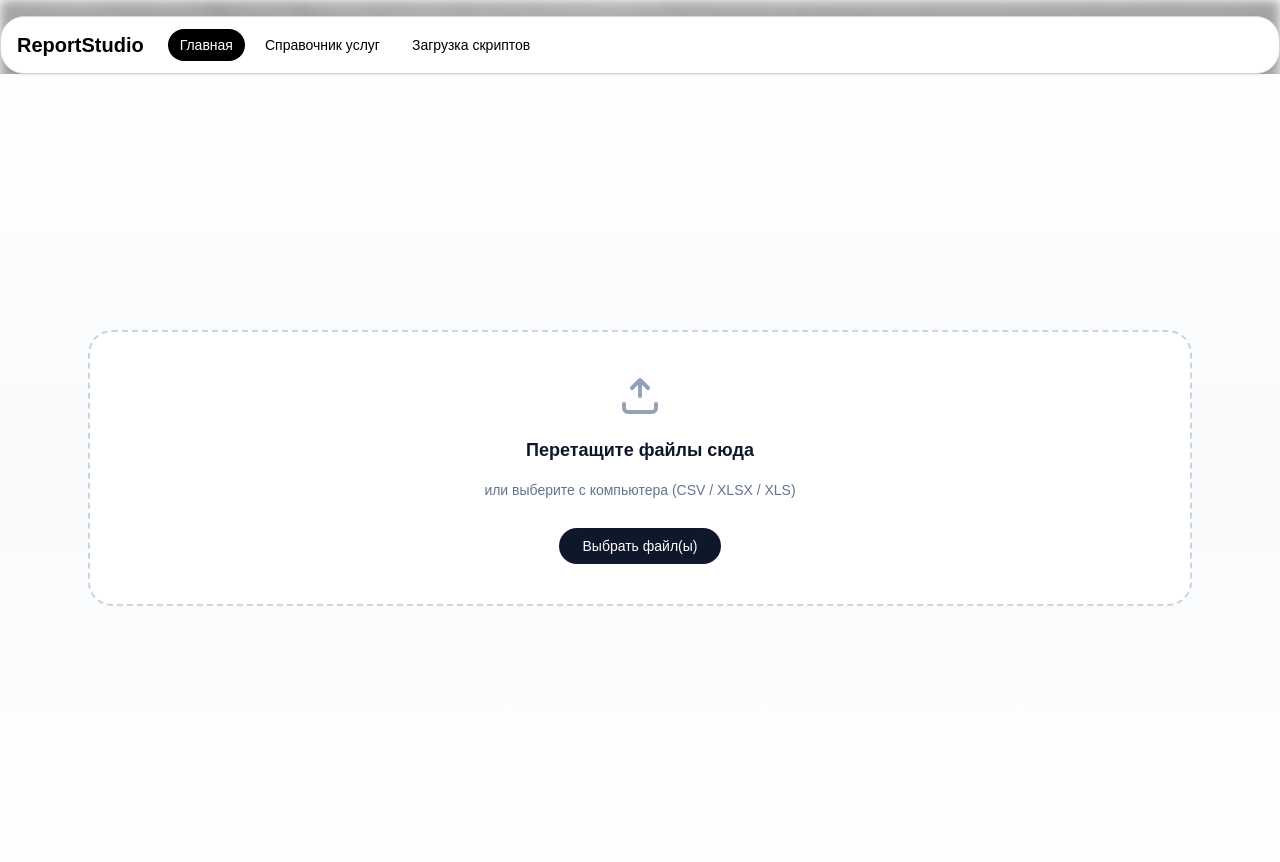
Repository: vladzap2423/report_studio_v2
Page: /
The author's editor kept a copy of each file at every save. The page is drawn from the files as they stood at one save, then again after the next save.
The browser window is 1280 px wide. The pictures show the whole page.
The project was rebuilt for these pictures with package versions that can differ from the ones it lists, and the page was loaded fresh each time. The framework's server and built-in components were replaced by stand-ins that run in the browser. Also part of the build but not shown: next.config.ts, src/app/components/ScriptsList.tsx.

Above is the page before, as saved 2026-03-16 16:38:18.

### src/app/layout.tsx
import type { Metadata } from "next";
import { Geist, Geist_Mono } from "next/font/google";
import "./globals.css";
import Header from "./components/Header";

const geistSans = Geist({
  variable: "--font-geist-sans",
  subsets: ["latin"],
});

const geistMono = Geist_Mono({
  variable: "--font-geist-mono",
  subsets: ["latin"],
});

export const metadata: Metadata = {
  title: "Create Next App",
  description: "Generated by create next app",
};

export default function RootLayout({
  children,
}: Readonly<{
  children: React.ReactNode;
}>) {
  return (
    <html lang="en">
      <body
        className={`${geistSans.variable} ${geistMono.variable} antialiased`}
      >
        <Header

          title="ReportStudio"
          links={[
            { label: "Главная", href: "/" },
            { label: "Справочник услуг", href: "/services" },
            { label:"Загрузка скриптов", href: "/load"}
          ]}
        />
        {children}
      </body>
    </html>
  );
}

### src/app/page.tsx
"use client";
import { useState } from "react";
import DropZone from "./components/DropZone";
import ScriptsList from "./components/ScriptsList";

export default function HomePage() {
  const [files, setFiles] = useState<File[]>([]);
  const [showDrop, setShowDrop] = useState(true);

  const handleFilesPicked = (picked: File[]) => {
    setFiles(picked);
    setShowDrop(false);
  };

  const resetFiles = () => {
    setFiles([]);
    setShowDrop(true);
  };

  return (
    <main className="min-h-screen bg-gradient-to-b from-white via-slate-50 to-white">
      <div className="mx-auto max-w-6xl px-6 py-14">
        {showDrop ? (
          <DropZone onFilesPicked={handleFilesPicked} />
        ) : (
          <>
            <button onClick={resetFiles} className="mb-6 rounded-2xl bg-slate-900 px-5 py-3 text-white">
              Загрузить новый файл
            </button>
            <ScriptsList files={files} />
          </>
        )}
      </div>
    </main>
  );
}

### src/app/globals.css
@import "tailwindcss";

:root {
  --background: #ffffff;
  --foreground: #171717;
  color-scheme: light;
}

@theme inline {
  --color-background: var(--background);
  --color-foreground: var(--foreground);
  --font-sans: var(--font-geist-sans);
  --font-mono: var(--font-geist-mono);
}

body {
  background: var(--background);
  color: var(--foreground);
  font-family: Arial, Helvetica, sans-serif;
  position: relative; /* важно для ::before */
  min-height: 100vh;
}

body::before {
  content: "";
  position: fixed;
  top: 0;
  left: 0;
  width: 100%;
  height: 100%;
  background-image: url("/fon.png");
  background-size: cover;
  background-position: center;
  background-repeat: no-repeat;
  filter: blur(6px) brightness(0.7);
  z-index: -1; /* чтобы контент был поверх фона */
}

### src/app/components/Header.tsx
"use client";

import React from "react";
import Link from "next/link";
import { usePathname } from "next/navigation";

type HeaderProps = {
  title?: string;
  links?: { label: string; href: string }[];
};

const Header: React.FC<HeaderProps> = ({ title = "ReportStudio", links = [] }) => {
  const pathname = usePathname();

  return (
    <header className="w-full flex justify-center mt-4">
      <div className="w-full max-w-7xl px-4 py-3 flex items-center space-x-6 bg-white border border-gray-300 rounded-3xl shadow-sm">

        {/* Название */}
        <div className="text-xl font-semibold text-black">
          {title}
        </div>

        {/* Меню */}
        <nav className="flex space-x-2">
          {links.map((link) => {
            const isActive = pathname === link.href;

            return (
              <Link
                key={link.href}
                href={link.href}
                className={`px-3 py-1.5 rounded-3xl text-sm transition-colors ${
                  isActive
                    ? "bg-black text-white"
                    : "text-black hover:bg-gray-100"
                }`}
              >
                {link.label}
              </Link>
            );
          })}
        </nav>

      </div>
    </header>
  );
};

export default Header;

### src/app/components/DropZone.tsx
"use client";

import { useRef, useState, DragEvent, ChangeEvent, useCallback } from "react";

type DropZoneProps = {
  accept?: string;
  onFilesPicked: (files: File[]) => void;
};

export default function DropZone({ accept = ".csv,.xlsx,.xls", onFilesPicked }: DropZoneProps) {
  const dragDepth = useRef(0);
  const inputRef = useRef<HTMLInputElement | null>(null);

  const [isDragging, setIsDragging] = useState(false);
  const [error, setError] = useState<string | null>(null);
  const [files, setFiles] = useState<File[]>([]);

  const validateFiles = useCallback((picked: File[]) => {
    if (!picked.length) return "Файл не выбран";
    const bad = picked.find(f => ![".csv", ".xlsx", ".xls"].some(ext => f.name.toLowerCase().endsWith(ext)));
    if (bad) return `Файл "${bad.name}" не поддерживается. Разрешены CSV / XLSX / XLS.`;

    const total = picked.reduce((s, f) => s + f.size, 0);
    if (total > 200 * 1024 * 1024) return "Слишком большой объём. Максимум 200MB.";
    return null;
  }, []);

  const handlePicked = useCallback((picked: File[]) => {
    const err = validateFiles(picked);
    if (err) {
      setError(err);
      setFiles([]);
      return;
    }
    setError(null);
    setFiles(picked);
    onFilesPicked(picked);
  }, [onFilesPicked, validateFiles]);

  const onPickClick = () => inputRef.current?.click();

  const onDrop = (e: DragEvent<HTMLDivElement>) => {
    e.preventDefault();
    dragDepth.current = 0;
    setIsDragging(false);
    const picked = Array.from(e.dataTransfer.files || []);
    if (!picked.length) return;
    handlePicked(picked);
  };

  return (
    <div className="flex flex-col gap-6 py-50">
      <div
        onDragEnter={e => { e.preventDefault(); dragDepth.current += 1; setIsDragging(true); }}
        onDragOver={e => e.preventDefault()}
        onDragLeave={e => { e.preventDefault(); dragDepth.current -= 1; if (dragDepth.current <= 0) setIsDragging(false); }}
        onDrop={onDrop}
        className={`relative flex flex-col items-center justify-center gap-4 rounded-3xl border-2 border-dashed p-10 transition-all duration-200
          ${isDragging ? "border-emerald-400 bg-emerald-50" : "border-slate-300 bg-white hover:border-slate-400"}`}
      >
        <svg className="w-12 h-12 text-slate-400" fill="none" stroke="currentColor" viewBox="0 0 24 24">
          <path strokeWidth={2} strokeLinecap="round" strokeLinejoin="round" d="M4 16v2a2 2 0 002 2h12a2 2 0 002-2v-2M12 12v-8m0 0L8 8m4-4l4 4" />
        </svg>
        <p className="text-lg font-semibold text-slate-900">Перетащите файлы сюда</p>
        <p className="text-sm text-slate-500">или выберите с компьютера (CSV / XLSX / XLS)</p>

        <button
          type="button"
          onClick={onPickClick}
          className="mt-3 rounded-full bg-slate-900 px-6 py-2 text-white text-sm font-medium hover:bg-slate-800 active:bg-slate-900"
        >
          Выбрать файл(ы)
        </button>

        <input
          ref={inputRef}
          type="file"
          accept={accept}
          multiple
          className="hidden"
          onChange={(e: ChangeEvent<HTMLInputElement>) => {
            const picked = Array.from(e.target.files || []);
            if (!picked.length) return;
            handlePicked(picked);
          }}
        />
      </div>

      {error && (
        <div className="rounded-lg border border-rose-200 bg-rose-50 px-4 py-3 text-sm text-rose-700">
          {error}
        </div>
      )}

      {files.length > 0 && (
        <div className="flex flex-col gap-2 mt-4">
          {files.map((f, idx) => (
            <div
              key={idx}
              className="flex items-center justify-between rounded-xl border border-slate-200 bg-slate-50 px-4 py-2 text-sm text-slate-700"
            >
              <span className="font-medium">{f.name}</span>
              <span className="text-xs text-slate-500">{(f.size / 1024 / 1024).toFixed(2)} MB</span>
            </div>
          ))}
        </div>
      )}
    </div>
  );
}

After the next save:
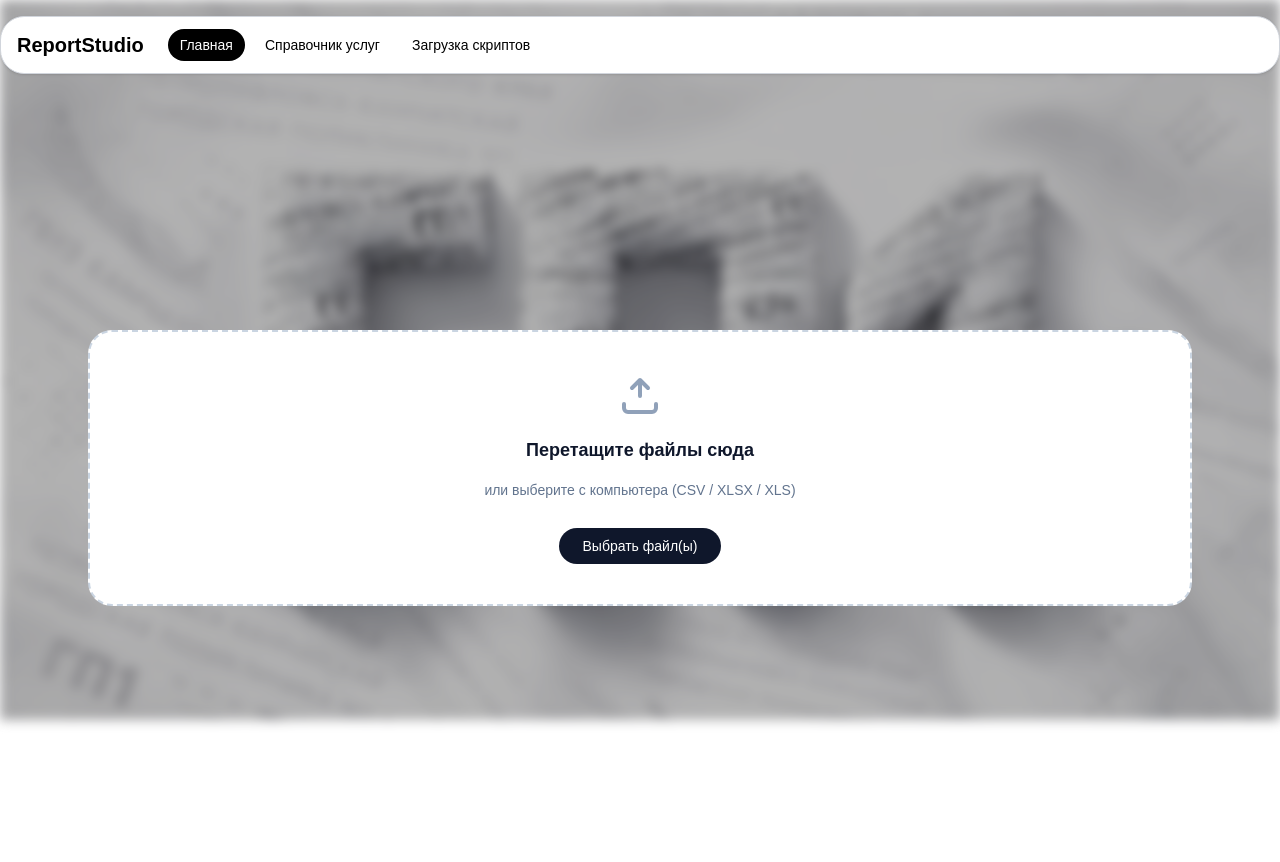
Saved 88 s later.
--- a/src/app/page.tsx
+++ b/src/app/page.tsx
@@ -18,7 +18,7 @@ export default function HomePage() {
   };
 
   return (
-    <main className="min-h-screen bg-gradient-to-b from-white via-slate-50 to-white">
+    <main className="min-h-screen relative">
       <div className="mx-auto max-w-6xl px-6 py-14">
         {showDrop ? (
           <DropZone onFilesPicked={handleFilesPicked} />
